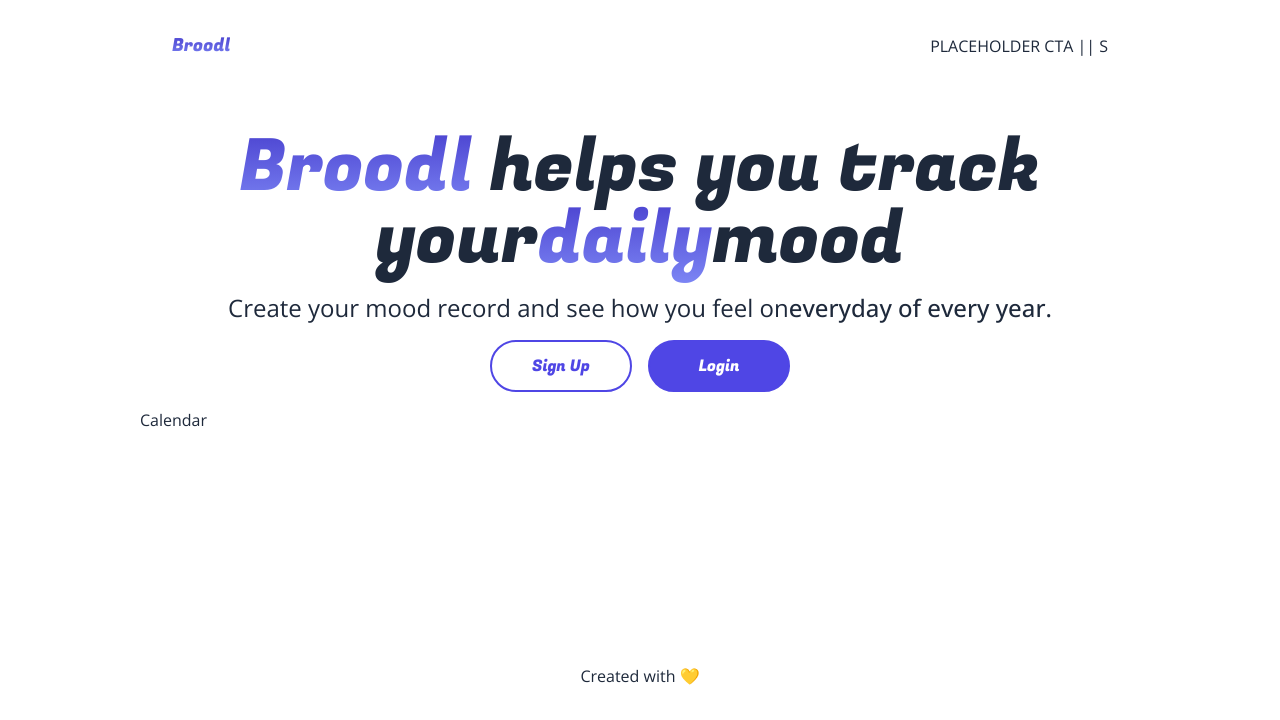
Repository: Nathan-spec/mood-app-next
Page: /
The author's editor kept a copy of each file at every save. The page is drawn from the files as they stood at one save, then again after the next save.
The browser window is 1280 px wide. The pictures show the whole page.
The project was rebuilt for these pictures with package versions that can differ from the ones it lists, and the page was loaded fresh each time. The framework's server and built-in components were replaced by stand-ins that run in the browser. Also part of the build but not shown: next.config.mjs.

Above is the page before, as saved 2024-10-14 13:09:27.

### app/layout.js
import localFont from "next/font/local";
import { Fugaz_One, Open_Sans } from "next/font/google";
import "./globals.css";

const geistSans = localFont({
  src: "./fonts/GeistVF.woff",
  variable: "--font-geist-sans",
  weight: "100 900",
});
const geistMono = localFont({
  src: "./fonts/GeistMonoVF.woff",
  variable: "--font-geist-mono",
  weight: "100 900",
});

export const metadata = {
  title: "Broodl",
  description: "Track your daily mood everyday of the year",
};

const openSans = Open_Sans({ subsets:["latin"] });
const fugaz = Fugaz_One({ subsets: ["latin"], weight:['400'] });

export default function RootLayout({ children }) {

  const header = (
    <header className="p-4 sm:p-8 flex items-center justify-between gap-4">
      <h1 className={'text-base sm:text-lg textGradient ' + fugaz.className}>Broodl</h1>
      <div className="flex items-center justify-between">
        PLACEHOLDER CTA || S
      </div>
    </header>
  )

  const footer = (
    <footer className="p-4 sm:p-8 grid place-items-center">
        <p className={'text-indigo-400' + fugaz.className}>Created with 💛</p>
    </footer>
  )

  return (
    <html lang="en">
      <body
        className={`w-full, max-w-[1000px] mx-auto text-sm sm:text-base min-h-screen flex flex-col text-slate-800 ${openSans.className} antialiased`}
      >
        {header}
        {children}
        {footer}
      </body>
    </html>
  );
}

### app/page.js
import Hero from "@/components/Hero";
import Main from "@/components/main";

export default function HomePage() {
  return(
    <Main className="">
      <Hero/>

    </Main>
  )
}

### app/globals.css
@tailwind base;
@tailwind components;
@tailwind utilities;

.textGradient {
  background: -webkit-linear-gradient(#4338ca, #818cf8);
  -webkit-background-clip: text;
  -webkit-text-fill-color: transparent;
}

### components/Hero.js
import { Fugaz_One } from 'next/font/google';
import React from 'react'
import Button from './Button';
import Calendar from './Calendar';

const fugaz = Fugaz_One({ subsets: ["latin"], weight: ['400']});

export default function Hero() {
  return (
    <div className='py-4 md:py-10 flex flex-col gap-4 sm:gap-4'>
        <h1
        className={'text-5xl sm:text-text-6xl md:text-7xl text-center ' + fugaz.className}>
            <span className='textGradient'>Broodl</span> helps you track your<span className='textGradient'>daily

            </span>mood</h1>
            <p className='text-lg sm:text-xl md:text-2xl text-center'>Create your mood record and see how you feel on
                <span className='font-medium'>everyday of every year.</span></p>
    <div className='grid grid-cols-2 gap-4 w-fit mx-auto'>
      <Button text="Sign Up"/>
      <Button text="Login" dark/>
    </div>
    <Calendar/>
    </div>
  )
}

### components/main.js
import React from 'react'

export default function Main(props) {
    const { children } = props
  return (
        <main className='flex-1 flex flex-col'>
            {children}
        </main>
  )
}

### components/Button.js
import { Fugaz_One } from 'next/font/google';
import React from 'react'

const fugaz = Fugaz_One({ subsets: ["latin"], weight: ['400'] });

export default function Button(props) {
    const { text, dark, full, clickHandler } = props

    return (
        <button onClick={clickHandler} className={'rounded-full overflow-hidden duration-200 hover:opacity-60 border-2 border-solid border-indigo-600 ' + (dark ? ' text-white bg-indigo-600 ' : ' text-indigo-600 ') + (full ? ' grid place-items-center w-full ' : ' ')}>
            <p className={'px-6 sm:px-10 whitespace-nowrap py-2 sm:py-3 ' + fugaz.className}>{text}</p>
        </button>
    )
}

Loaded but not shown: components/Calendar.js (common file); tailwind.config.js (common file)

After the next save:
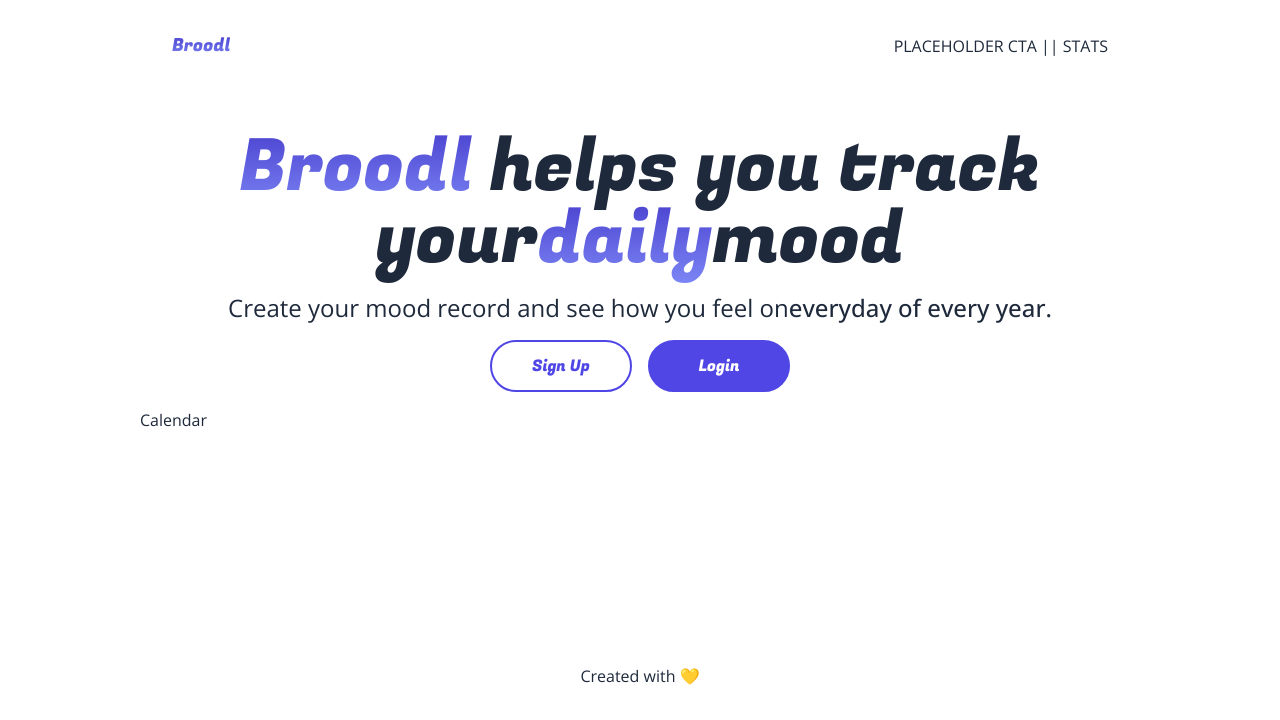
Saved 5 s later.
--- a/app/layout.js
+++ b/app/layout.js
@@ -27,7 +27,7 @@ export default function RootLayout({ children }) {
     <header className="p-4 sm:p-8 flex items-center justify-between gap-4">
       <h1 className={'text-base sm:text-lg textGradient ' + fugaz.className}>Broodl</h1>
       <div className="flex items-center justify-between">
-        PLACEHOLDER CTA || S
+        PLACEHOLDER CTA || STATS
       </div>
     </header>
   )
